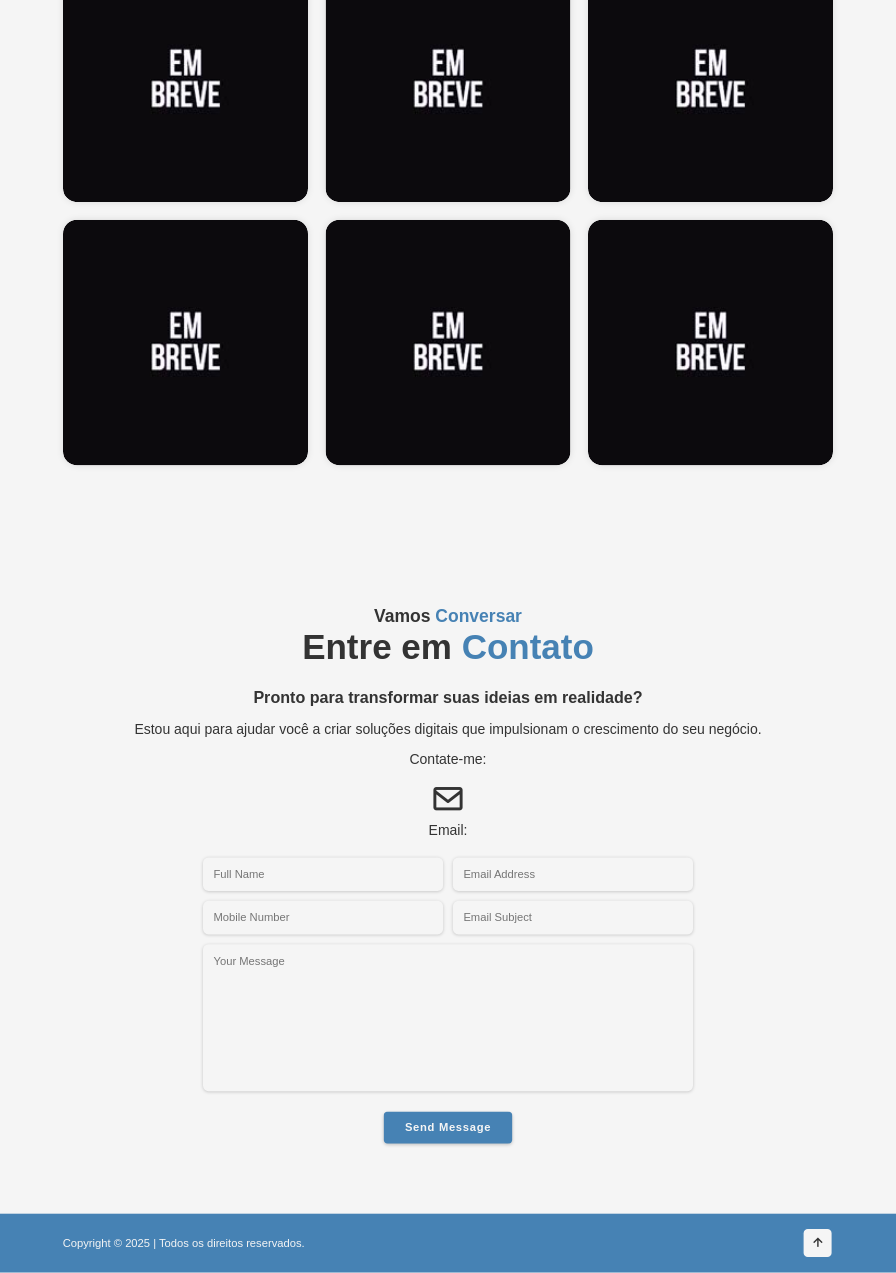
Repository: AliciaKathleen/portfolio-2025
Page: index.html
The author's editor kept a copy of each file at every save. The page is drawn from the files as they stood at one save, then again after the next save.
The browser window is 1280 px wide. The pictures show the part of the page from y = 2647 to 4567 px (the page is 4465 px tall before and 4567 px after), at 70% of full size.

Above is the page before, as saved 2025-01-27 18:18:19.
Console error: TypeError: Cannot read properties of null (reading 'classList')

### index.html
<!DOCTYPE html>
<html lang="en">
<head>
    <meta charset="UTF-8">
    <meta http-equiv="X-UA-Compatible" content="IE=edge">
    <meta name="viewport" content="width=device-width, initial-scale=1.0">
    <link rel="stylesheet" href="https://cdn.jsdelivr.net/npm/swiper@9/swiper-bundle.min.css" />
    <link href='https://unpkg.com/boxicons@2.1.4/css/boxicons.min.css' rel='stylesheet'>
    <link rel="stylesheet" href="style.css">
    <title>Alícia Kathleen</title>
</head>
<body>
    <header class="header">
        <a href="#" class="logo">Alícia Kathleen</a>

        <nav class="navbar">
            <a href="#home" class="active">Home</a>
            <a href="#about">Sobre</a>
            <a href="#services">Serviços</a>
            <a href="#portfolio">Projetos</a>
            <a href="#contact">Contato</a>
        </nav>

        <div class="bx bx-moon" id="darkMode-icon"></div>
        <div class="bx bx-menu" id="menu-icon"></div>
    </header>

    <section class="home" id="home">
        <div class="home-content">
            <h3>Olá, eu sou</h3>
            <h1>Alícia Kathleen</h1>
            <p>
                Sou uma desenvolvedora Front-End apaixonada por criar interfaces modernas e funcionais, unindo criatividade e tecnologia para proporcionar experiências digitais únicas. Com uma trajetória inicial no design gráfico, utilizo meu olhar apurado para detalhes e usabilidade para transformar ideias em projetos visuais impactantes. Estou sempre buscando aprender e crescer com novos desafios.
            </p>
            <div class="social-media">
                <a href="#"><i class='bx bxl-linkedin'></i></a>
                <a href="#"><i class='bx bxl-github'></i></a>
            </div>

            <a href="#" class="btn">CURRÍCULO</a>
        </div>

        <div class="profession-container">
            <div class="profession-box">
            </div>
            <div class="overlay"></div>
        </div>

        <div class="home-img">
            <img src="" alt="">
        </div>
    </section>

    <section class="about" id="about">
        <div class="about-img">
            <img src="images/portfolio.jpg" alt="">
        </div>

        <div class="about-content">
            <h2 class="heading">Sobre <span>Mim</span></h2>
            <h3>
                Olá! Seja bem-vindo(a) ao meu portfólio! Sou uma desenvolvedora Front-End apaixonada por criar soluções digitais modernas e funcionais. Amo aprender novas tecnologias, resolver problemas com código e transformar ideias em projetos reais.
            </h3>
            <p>
                Aqui você vai encontrar alguns dos meus trabalhos, além de conhecer um pouco mais sobre minha trajetória no desenvolvimento web. Estou sempre em busca de novos desafios e oportunidades para crescer e evoluir como profissional.
            </p>
            <p>
                Sinta-se à vontade para explorar meu portfólio!
            </p>
        </div>
    </section>

    <section class="services" id="services">
        <h2 class="heading">Explore Meus <span>Trabalhos</span></h2>
        <div class="services-container">
            <div class="services-box">
                <i class='bx bx-code-alt'></i>
                <h3>Soluções Web Modernas</h3>
                <p>Criação de sites únicos e otimizados, que unem design moderno e funcionalidade para atender às suas necessidades e destacar sua marca na web.</p>
            </div>
            <div class="services-box">
                <i class='bx bxs-paint'></i>
                <h3>Design Responsivo</h3>
                <p>Desenvolvo sites que se adaptam perfeitamente a qualquer dispositivo, garantindo acessibilidade e uma navegação fluida para todos os usuários.</p>
            </div>
            <div class="services-box">
                <i class='bx bx-brain'></i>
                <h3>Integração de Apis</h3>
                <p>Integração de APIs para adicionar funcionalidades avançadas ao seu site ou aplicativo, conectando-o a serviços externos de maneira eficiente e sem fricções.</p>
            </div>
            <div class="services-box">
                <i class='bx bx-support'></i>
                <h3>Suporte</h3>
                <p>Ofereço suporte técnico para garantir que seu site esteja sempre atualizado, funcionando perfeitamente e alinhado às suas necessidades.</p>
            </div>
            <div class="services-box">
                <i class='bx bx-objects-vertical-bottom'></i>
                <h3>Estratégias de SEO</h3>
                <p>Técnicas de SEO personalizadas para aumentar a visibilidade do site e atrair mais tráfego qualificado.</p>
            </div>
            <div class="services-box">
                <i class='bx bx-bar-chart-alt'></i>
                <h3>Projetos Escaláveis</h3>
                <p>Desenvolvo soluções web com foco na escalabilidade, garantindo que seu site cresça de acordo com a evolução do seu negócio.

                </p>
            </div>
        </div>
    </section>

    <section class="resume-detail skills" id="skills">
        <h2 class="heading"><span>Skills</span></h2>
        <div class="resume-list">
            <div class="skills-container">
                <p>
                    Com sólidos conhecimentos em HTML, CSS e JavaScript, estou sempre em busca de tecnologias avançadas e boas práticas para oferecer experiências de usuário únicas e funcionais. Tenho experiência com frameworks modernos como React, além de trabalhar com integração de APIs e otimização de desempenho. Sempre em constante evolução, estou sempre aprendendo novas ferramentas e técnicas para melhorar meus projetos e entregar soluções inovadoras.
                </p>
                <div class="resume-items">
                    <div class="resume-item">
                        <i class='bx bxl-html5'></i>
                        <span>HTML</span>
                    </div>
                    <div class="resume-item">
                        <i class='bx bxl-css3'></i>
                        <span>CSS3</span>
                    </div>
                    <div class="resume-item">
                        <i class='bx bxl-javascript'></i>
                        <span>JavaScript</span>
                    </div>
                    <div class="resume-item">
                        <i class='bx bxl-python'></i>
                        <span>Python</span>
                    </div>
                    <div class="resume-item">
                        <i class='bx bxl-react'></i>
                        <span>ReactJS</span>
                    </div>
                    <div class="resume-item">
                        <i class='bx bxl-figma'></i>
                        <span>Figma</span>
                    </div>
                </div>
            </div>
        </div>
    </section>

    <section class="portfolio" id="portfolio">
        <h2 class="heading">Veja soluções reais <br> <span>Projetos</span></h2>

        <div class="portfolio-container">
            <div class="portfolio-box">
                <img src="images/portfolio.jpg" alt="">

                <div class="portfolio-layer">
                    <h4>Web Design</h4>
                    <p>Lorem ipsum dolor sit amet consectetur adipisicing elit. Similique, ipsam est.</p>
                    <a href="#"><i class='bx bx-link-external'></i></a>
                </div>
            </div>
            <div class="portfolio-box">
                <img src="images/portfolio.jpg" alt="">

                <div class="portfolio-layer">
                    <h4>Projeto em construção</h4>
                    <p>Em breve...</p>
                    <a href="#"><i class='bx bx-link-external'></i></a>
                </div>
            </div>
            <div class="portfolio-box">
                <img src="images/portfolio.jpg" alt="">

                <div class="portfolio-layer">
                    <h4>Projeto em construção</h4>
                    <p>Em breve...</p>
                    <a href="#"><i class='bx bx-link-external'></i></a>
                </div>
            </div>
            <div class="portfolio-box">
                <img src="images/portfolio.jpg" alt="">

                <div class="portfolio-layer">
                    <h4>Projeto em construção</h4>
                    <p>Em breve...</p>
                    <a href="#"><i class='bx bx-link-external'></i></a>
                </div>
            </div>
            <div class="portfolio-box">
                <img src="images/portfolio.jpg" alt="">

                <div class="portfolio-layer">
                    <h4>Projeto em construção</h4>
                    <p>Em breve...</p>
                    <a href="#"><i class='bx bx-link-external'></i></a>
                </div>
            </div>
            <div class="portfolio-box">
                <img src="images/portfolio.jpg" alt="">

                <div class="portfolio-layer">
                    <h4>Projeto em construção</h4>
                    <p>Em breve...</p>
                    <a href="#"><i class='bx bx-link-external'></i></a>
                </div>
            </div>
        </div>
    </section>

    <section class="contact" id="contact">
        <h1 class="heading">Vamos <span>Conversar</span></h1>
        <h2 class="heading">Entre em <span>Contato</span></h2>


        <h3 class="heading">Pronto para transformar suas ideias em realidade?</h3>
        <p class="heading">Estou aqui para ajudar você a criar soluções digitais que impulsionam o crescimento do seu negócio.</p>

        <p class="heading">Contate-me:</p>
        <div class="heading">
            <i class='bx bx-envelope' ></i>
            <p>Email:</p>
        </div>

        <form action="#">
            <div class="input-box">
                <input type="text" placeholder="Full Name">
                <input type="email" placeholder="Email Address">
            </div>
            <div class="input-box">
                <input type="number" placeholder="Mobile Number">
                <input type="text" placeholder="Email Subject">
            </div>
            <textarea name="" id="" cols="30" rows="10" placeholder="Your Message"></textarea>
            <input type="submit" value="Send Message" class="btn">
        </form>
    </section>

    <footer class="footer">
        <div class="footer-text">
            <p>Copyright &copy; 2025 | Todos os direitos reservados.</p>
        </div>

        <div class="footer-iconTop">
            <a href="#home"><i class='bx bx-up-arrow-alt'></i></a>
        </div>
    </footer>

    <script src="https://unpkg.com/scrollreveal"></script>
    <script src="https://cdn.jsdelivr.net/npm/swiper@9/swiper-bundle.min.js"></script>
    <script src="script.js"></script>
</body>
</html>

Loaded but not shown: script.js (67 lines, source omitted); style.css (913 lines, source omitted)

After the next save:
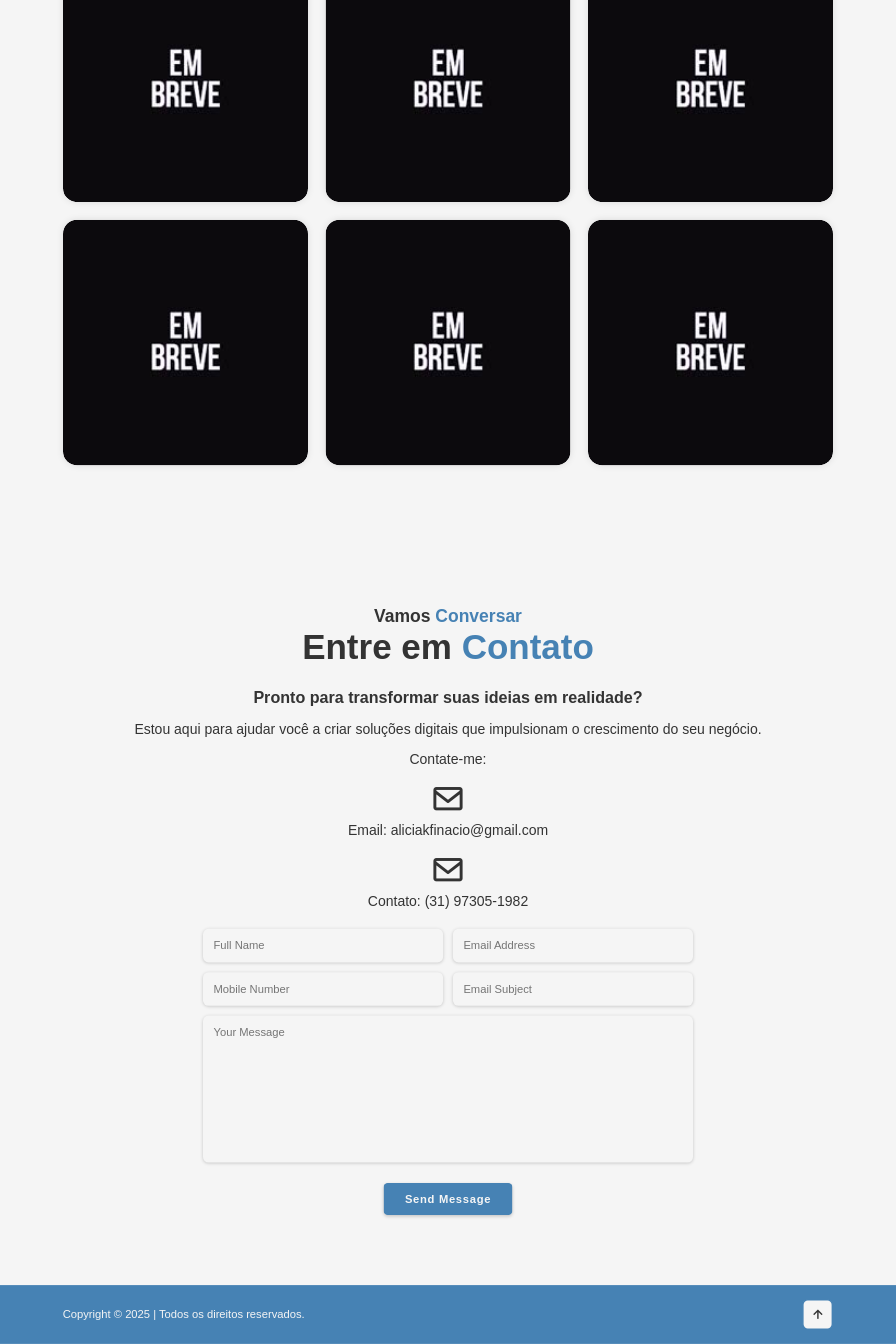
Saved 49 s later.
--- a/index.html
+++ b/index.html
@@ -217,7 +217,11 @@
         <p class="heading">Contate-me:</p>
         <div class="heading">
             <i class='bx bx-envelope' ></i>
-            <p>Email:</p>
+            <p>Email: aliciakfinacio@gmail.com</p>
+        </div>
+        <div class="heading">
+            <i class='bx bx-envelope' ></i>
+            <p>Contato: (31) 97305-1982</p>
         </div>
 
         <form action="#">
